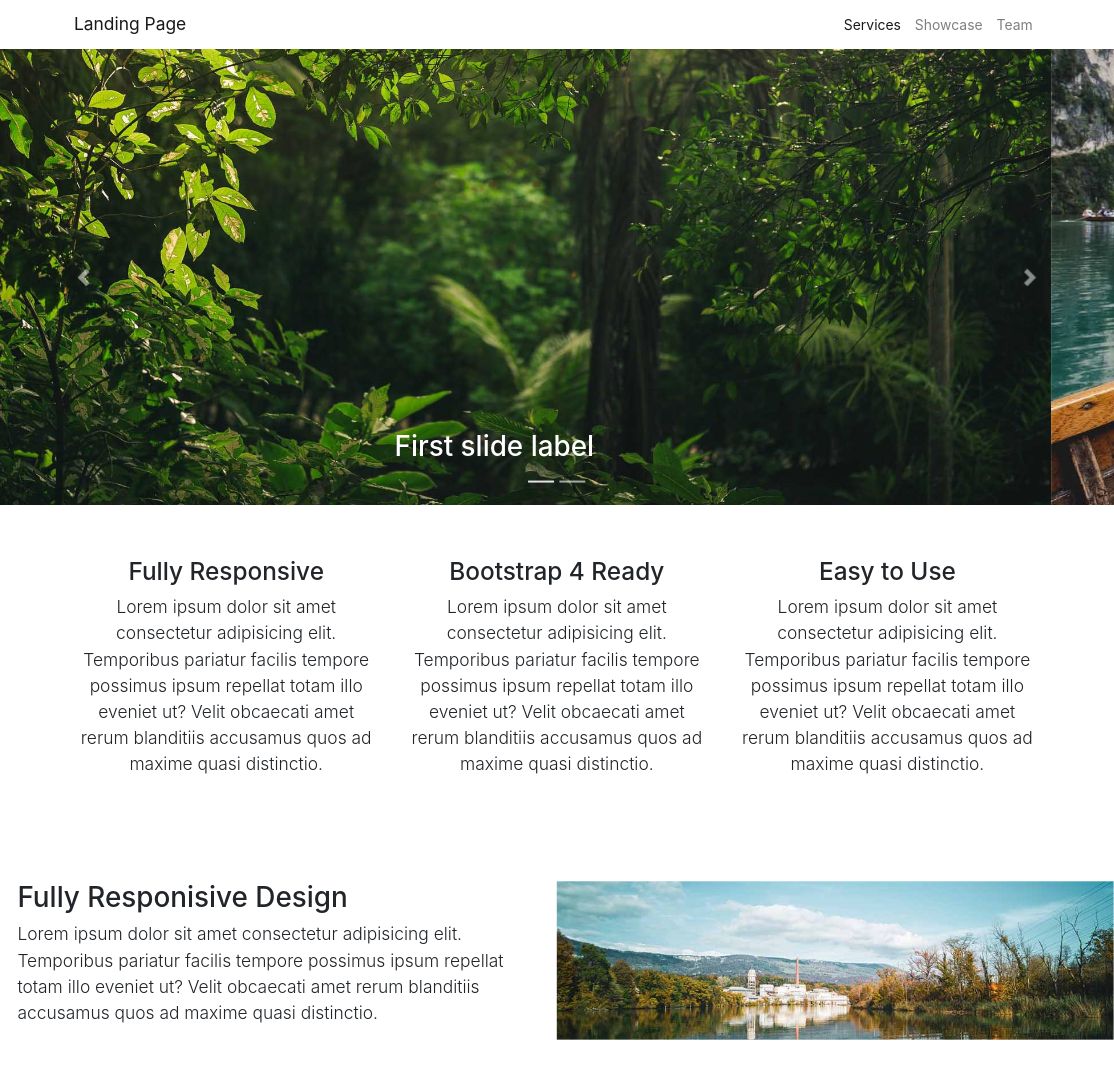
Repository: magdaf41/Bootstrap
Page: zadanie 3/index.html
These files come from the project's save history. The page is drawn as it stood at one moment and after the next save; the edit follows.
The browser window is 1280 px wide. The pictures show the whole page, at 87% of full size.

Above is the page before, as saved 2020-09-18 08:53:51.

### zadanie 3/index.html
<!doctype html>
<html lang="en">

<head>
    <!-- Required meta tags -->
    <meta charset="utf-8">
    <meta name="viewport" content="width=device-width, initial-scale=1, shrink-to-fit=no">
    <title>Landing Page</title>
    <!-- Bootstrap CSS -->
    <link rel="stylesheet" href="https://stackpath.bootstrapcdn.com/bootstrap/4.5.2/css/bootstrap.min.css"
        integrity="sha384-JcKb8q3iqJ61gNV9KGb8thSsNjpSL0n8PARn9HuZOnIxN0hoP+VmmDGMN5t9UJ0Z" crossorigin="anonymous">

    <link rel="stylesheet" href="css/style.css">
    <link rel="stylesheet" href="https://use.fontawesome.com/releases/v5.7.2/css/all.css"
        integrity="sha384-fnmOCqbTlWIlj8LyTjo7mOUStjsKC4pOpQbqyi7RrhN7udi9RwhKkMHpvLbHG9Sr" crossorigin="anonymous">
</head>

<body>
    <nav class="navbar navbar-expand-lg navbar-light ">
        <div class="container">
            <a class="navbar-brand" href="#">Landing Page</a>
            <button class="navbar-toggler" type="button" data-toggle="collapse" data-target="#navbarNav"
                aria-controls="navbarNav" aria-expanded="false" aria-label="Toggle navigation">
                <span class="navbar-toggler-icon"></span>
            </button>
            <div class="collapse navbar-collapse" id="navbarNav">
                <ul class="navbar-nav ml-auto">
                    <li class="nav-item active">
                        <a class="nav-link" href="#">Services</span></a>
                    </li>
                    <li class="nav-item">
                        <a class="nav-link" href="#">Showcase</a>
                    </li>
                    <li class="nav-item">
                        <a class="nav-link" href="#">Team</a>
                    </li>

                </ul>
            </div>
        </div>

    </nav>

    <div id="carouselExampleCaptions" class="carousel slide" data-ride="carousel">
        <ol class="carousel-indicators">
            <li data-target="#carouselExampleCaptions" data-slide-to="0" class="active"></li>
            <li data-target="#carouselExampleCaptions" data-slide-to="1"></li>
        </ol>
        <div class="carousel-inner">
            <div class="carousel-item active">
                <img src="img/slider-1.jpg" class="d-block w-100" alt="View 1">
                <div class="carousel-caption">
                    <h2>First slide label</h2>
                </div>
            </div>
            <div class="carousel-item">
                <img src="img/slider-2.jpg" class="d-block w-100" alt="View 2">
                <div class="carousel-caption">
                    <h2>Second slide label</h2>
                </div>
            </div>
        </div>
        <a class="carousel-control-prev" href="#carouselExampleCaptions" role="button" data-slide="prev">
            <span class="carousel-control-prev-icon" aria-hidden="true"></span>
            <span class="sr-only">Previous</span>
        </a>
        <a class="carousel-control-next" href="#carouselExampleCaptions" role="button" data-slide="next">
            <span class="carousel-control-next-icon" aria-hidden="true"></span>
            <span class="sr-only">Next</span>
        </a>
    </div>

    <section id="services" class="services">
        <div class="container text-center">
            <div class="row">
                <div class="col-md-4 service-item">
                    <h3>Fully Responsive</h3>
                    <p class="lead mb-0">Lorem ipsum dolor sit amet consectetur adipisicing elit. Temporibus pariatur
                        facilis tempore
                        possimus ipsum repellat totam illo eveniet ut? Velit obcaecati amet rerum blanditiis accusamus
                        quos ad maxime quasi distinctio.</p>
                </div>
                <div class="col-md-4 service-item">
                    <h3>Bootstrap 4 Ready</h3>
                    <p class="lead mb-0">Lorem ipsum dolor sit amet consectetur adipisicing elit. Temporibus pariatur
                        facilis tempore
                        possimus ipsum repellat totam illo eveniet ut? Velit obcaecati amet rerum blanditiis accusamus
                        quos ad maxime quasi distinctio.</p>
                </div>

                <div class="col-md-4 service-item">
                    <h3>Easy to Use</h3>
                    <p class="lead mb-0">Lorem ipsum dolor sit amet consectetur adipisicing elit. Temporibus pariatur
                        facilis tempore
                        possimus ipsum repellat totam illo eveniet ut? Velit obcaecati amet rerum blanditiis accusamus
                        quos ad maxime quasi distinctio.</p>
                </div>


            </div>
        </div>
    </section>

    <section id="showcase" class="showcase">
        <div class="container-fluid">
            <div class="row">
                <div class="col-md-6 order-md-2 showcase-img" style="background-image: url('img/view-1.jpg');"></div>
                <div class="col-md-6 order-md-1 showcase-text">
                    <h2>Fully Responisive Design</h2>
                    <p class="lead">Lorem ipsum dolor sit amet consectetur adipisicing elit. Temporibus pariatur
                        facilis tempore
                        possimus ipsum repellat totam illo eveniet ut? Velit obcaecati amet rerum blanditiis accusamus
                        quos ad maxime quasi distinctio.</p>
                </div>
            </div>
            <div class="row"></div>
            <div class="row"></div>

        </div>

    </section>


    <!-- Optional JavaScript -->
    <!-- jQuery first, then Popper.js, then Bootstrap JS -->
    <script src="https://code.jquery.com/jquery-3.5.1.slim.min.js"
        integrity="sha384-DfXdz2htPH0lsSSs5nCTpuj/zy4C+OGpamoFVy38MVBnE+IbbVYUew+OrCXaRkfj"
        crossorigin="anonymous"></script>
    <script src="https://cdn.jsdelivr.net/npm/popper.js@1.16.1/dist/umd/popper.min.js"
        integrity="sha384-9/reFTGAW83EW2RDu2S0VKaIzap3H66lZH81PoYlFhbGU+6BZp6G7niu735Sk7lN"
        crossorigin="anonymous"></script>
    <script src="https://stackpath.bootstrapcdn.com/bootstrap/4.5.2/js/bootstrap.min.js"
        integrity="sha384-B4gt1jrGC7Jh4AgTPSdUtOBvfO8shuf57BaghqFfPlYxofvL8/KUEfYiJOMMV+rV"
        crossorigin="anonymous"></script>
</body>

</html>

### zadanie 3/css/style.css
section {
    padding: 60px 0;
}

.showcase-img {
    background-size: cover;
    background-position: center;
}

.showcase-text {
    padding-left: 20px;;
}

@media(max-width: 768px) {
    .service-item {
        margin-bottom: 50px;
    }
    .service-item:last-child {
        margin: 0;
    }
    .showcase-img {
        height: 300px;
    }
}

After the next save:
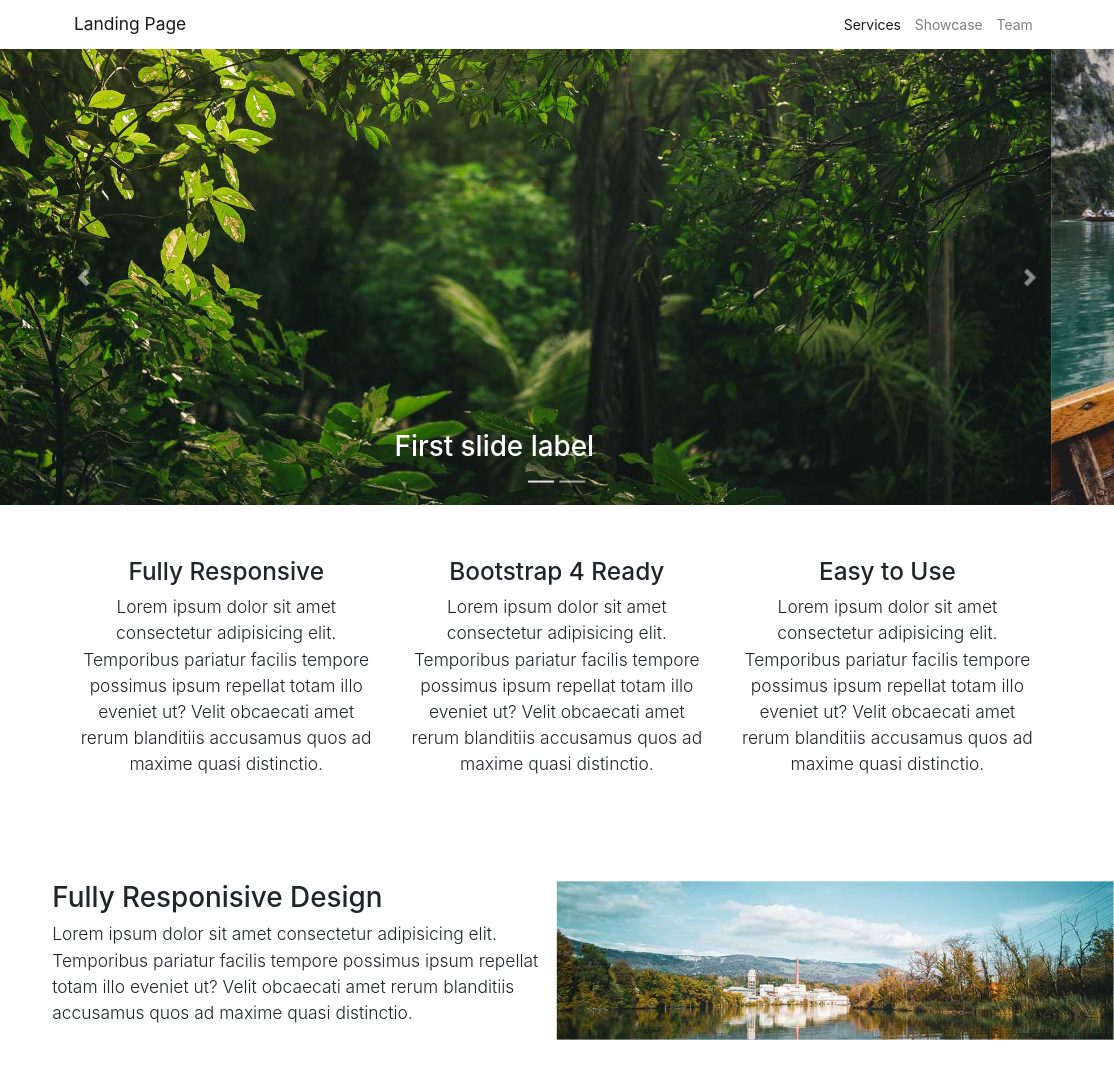
Saved 9 s later.
--- a/zadanie 3/css/style.css
+++ b/zadanie 3/css/style.css
@@ -8,7 +8,7 @@
 }
 
 .showcase-text {
-    padding-left: 20px;;
+    padding-left: 60px;;
 }
 
 @media(max-width: 768px) {
